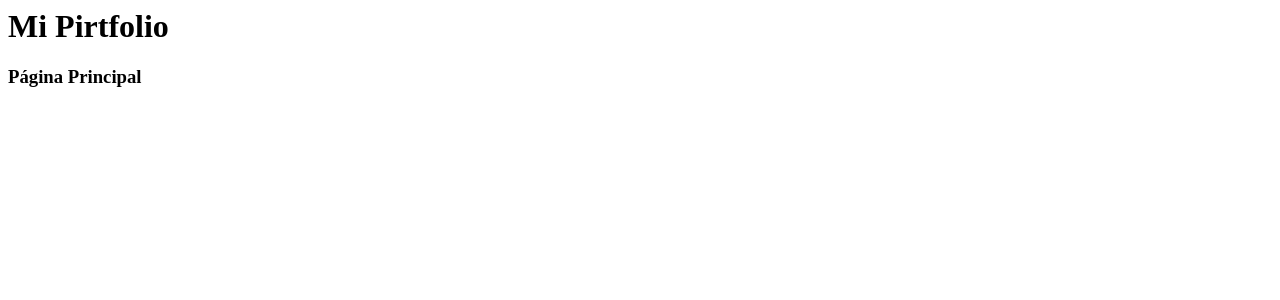
Repository: AlejandroJesusSerrano/portfolio
Page: http://localhost/
These files come from the project's save history. The page is drawn as it stood at one moment and after the next save; the edit follows.
The browser window is 1280 px wide. The pictures show the whole page.
The page is served by the project's application, run on Django 4.2 (manage.py). Other server files are loaded and not shown.

Above is the page before, as saved 2023-08-31 09:43:00.

### portfolio/core/views.py
from django.shortcuts import render, HttpResponse

# Create your views here.
def home(request):
  return HttpResponse("<h1>Mi Pirtfolio</h1><h3>Página Principal</h3>")

### portfolio/portfolio/urls.py
"""
URL configuration for portfolio project.

The `urlpatterns` list routes URLs to views. For more information please see:
    https://docs.djangoproject.com/en/4.2/topics/http/urls/
Examples:
Function views
    1. Add an import:  from my_app import views
    2. Add a URL to urlpatterns:  path('', views.home, name='home')
Class-based views
    1. Add an import:  from other_app.views import Home
    2. Add a URL to urlpatterns:  path('', Home.as_view(), name='home')
Including another URLconf
    1. Import the include() function: from django.urls import include, path
    2. Add a URL to urlpatterns:  path('blog/', include('blog.urls'))
"""
from django.contrib import admin
from django.urls import path
from core import views

urlpatterns = [
    path('', views.home, name='home'),
    path('admin/', admin.site.urls),
]

After the next save:
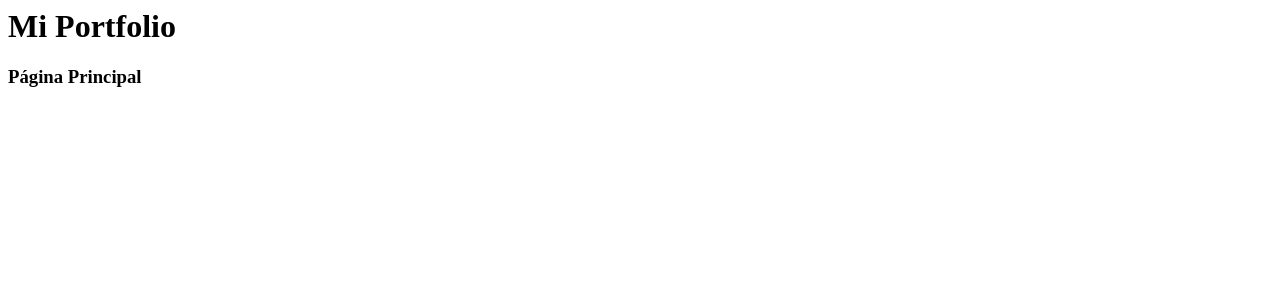
Saved 25 s later.
--- a/portfolio/core/views.py
+++ b/portfolio/core/views.py
@@ -2,4 +2,4 @@ from django.shortcuts import render, HttpResponse
 
 # Create your views here.
 def home(request):
-  return HttpResponse("<h1>Mi Pirtfolio</h1><h3>Página Principal</h3>")
+  return HttpResponse("<h1>Mi Portfolio</h1><h3>Página Principal</h3>")
